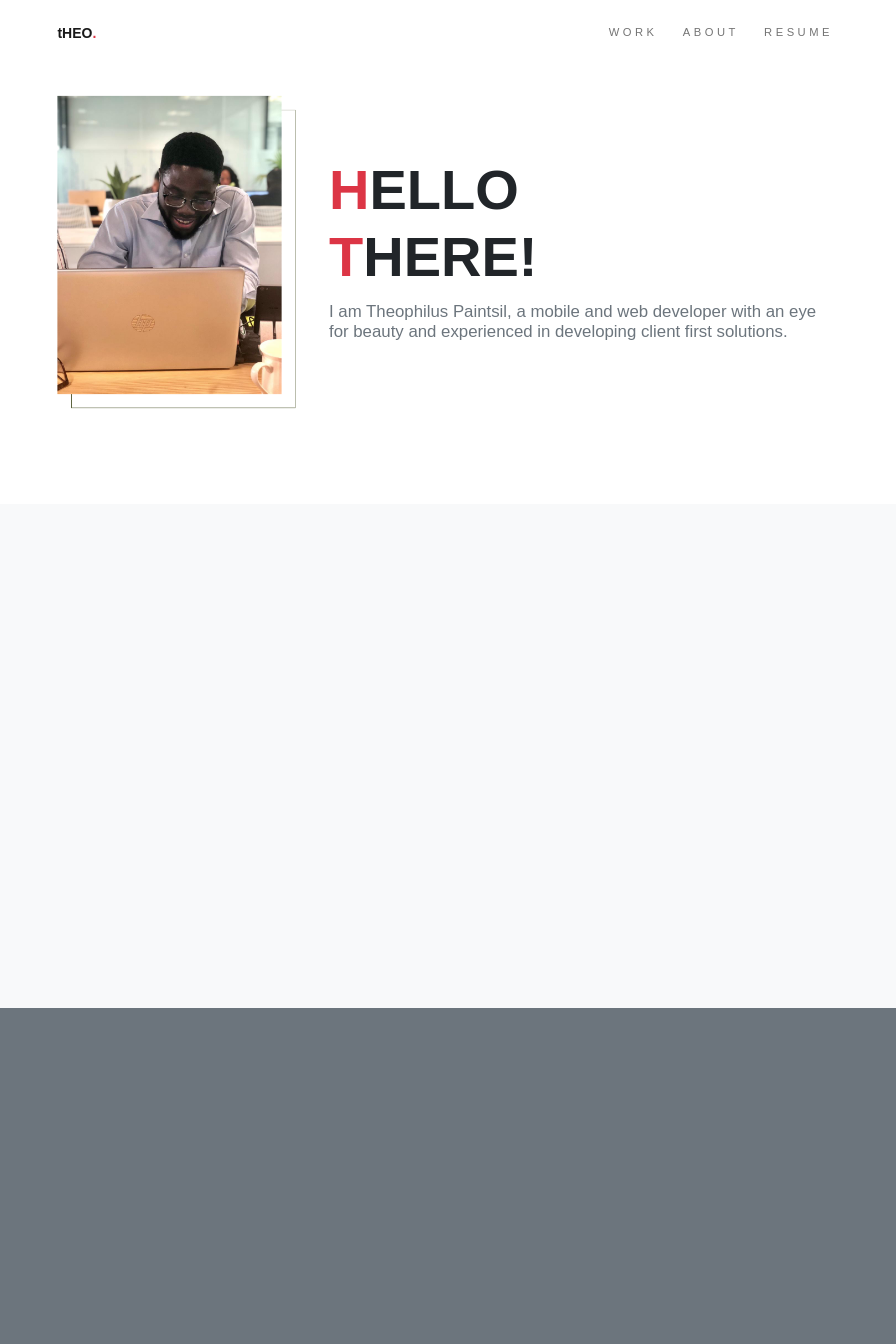
Repository: tHEO2k17/portfolio
Page: /
These files come from the project's save history. The page is drawn as it stood at one moment and after the next save; the edit follows.
The browser window is 1280 px wide. The pictures show the part of the page from y = 0 to 1920 px (the page is 3000 px tall), at 70% of full size.
The project was rebuilt for these pictures with package versions that can differ from the ones it lists, and the page was loaded fresh each time.

Above is the page before, as saved 2021-07-22 08:26:23.

After the next save:
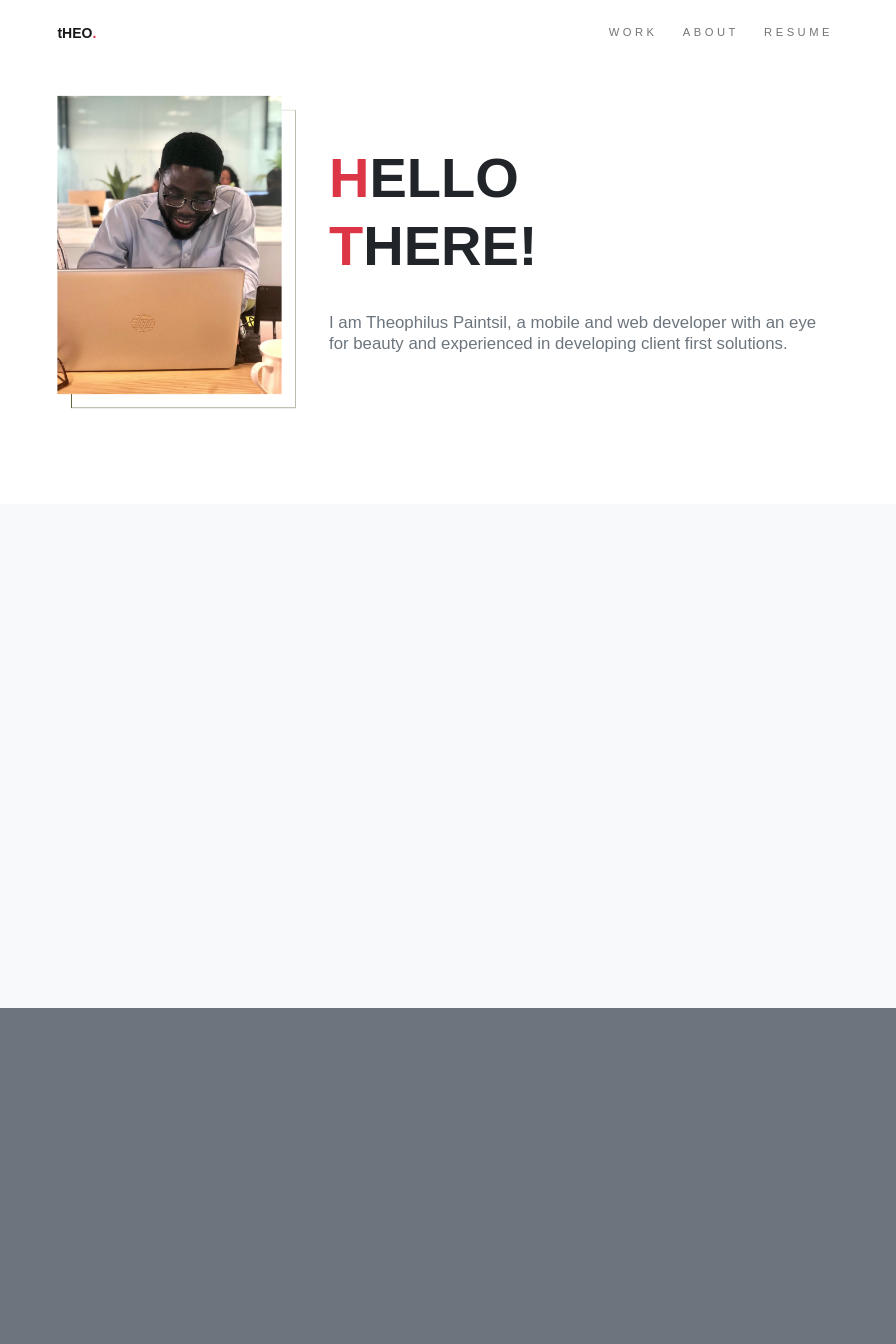
Saved 4 s later.
--- a/src/presentation/pages/HomePage.tsx
+++ b/src/presentation/pages/HomePage.tsx
@@ -28,7 +28,7 @@
                                 <b className="text-danger">H</b>ELLO <br />
                                 <b className="text-danger">T</b>HERE!
                             </h1>
-                            <h4 className="fw-light text-muted mt-3">
+                            <h4 className="fw-light text-muted mt-5">
                                 I am Theophilus Paintsil, a mobile and web developer with an eye for beauty and experienced in developing client first solutions.
                             </h4>
                         </Col>

After the save that followed:
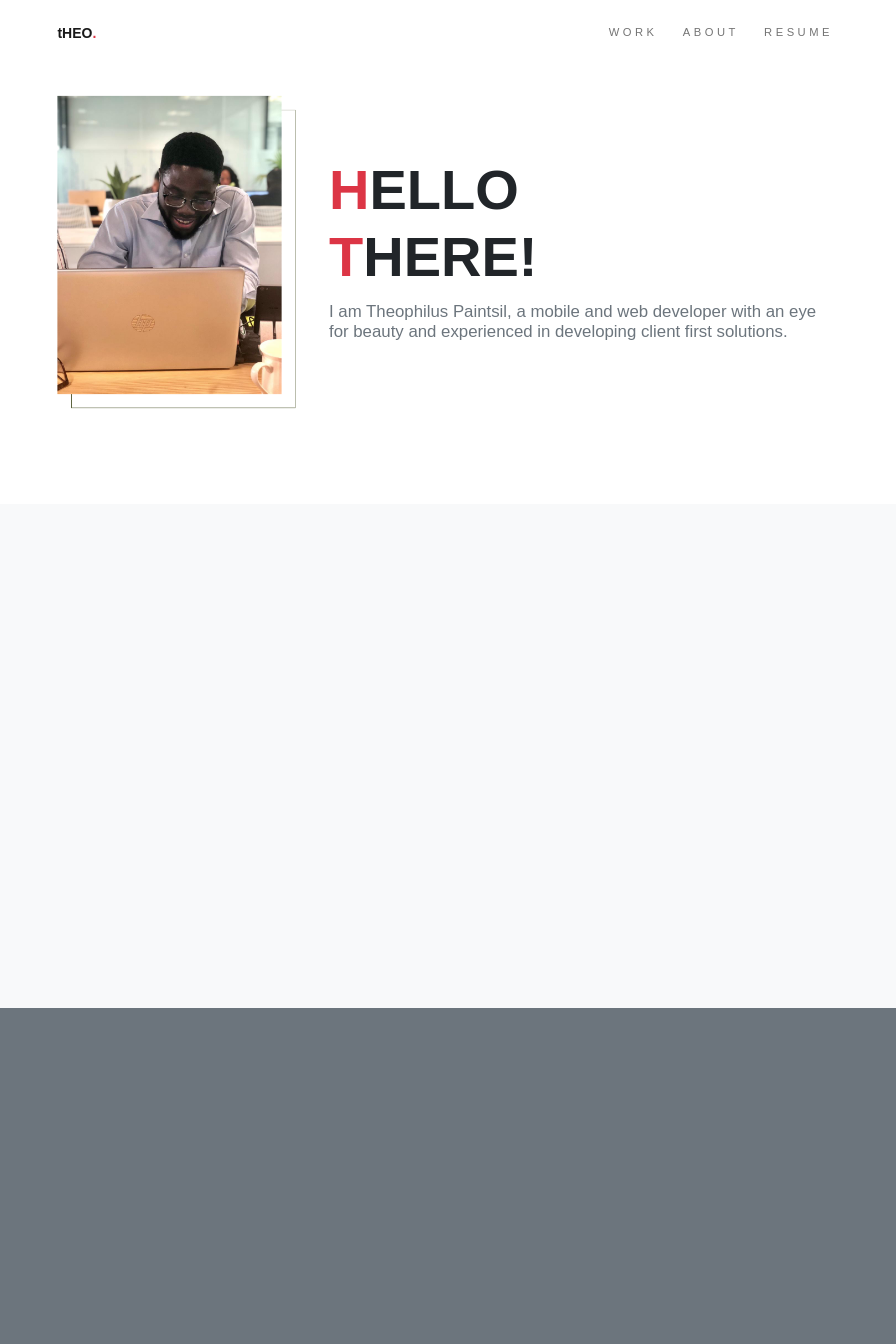
Saved 4 s later.
--- a/src/presentation/pages/HomePage.tsx
+++ b/src/presentation/pages/HomePage.tsx
@@ -28,7 +28,7 @@
                                 <b className="text-danger">H</b>ELLO <br />
                                 <b className="text-danger">T</b>HERE!
                             </h1>
-                            <h4 className="fw-light text-muted mt-5">
+                            <h4 className="fw-light text-muted mt-3">
                                 I am Theophilus Paintsil, a mobile and web developer with an eye for beauty and experienced in developing client first solutions.
                             </h4>
                         </Col>
